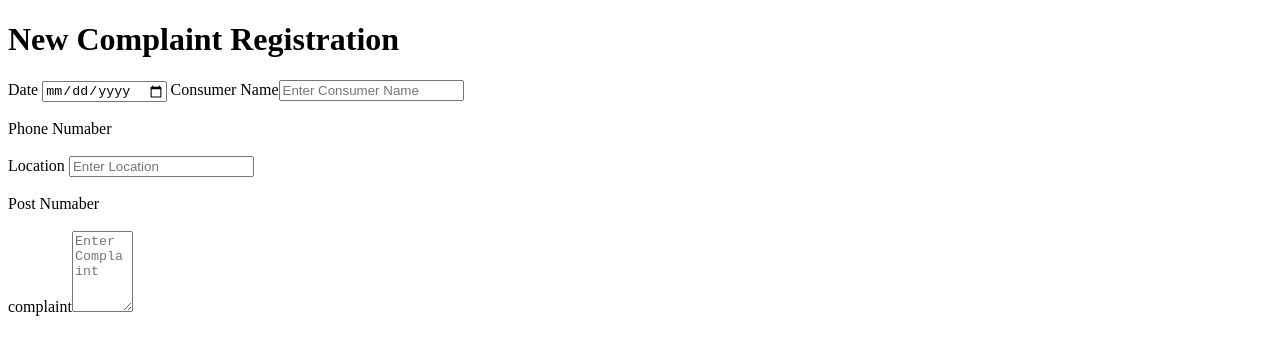
Repository: Jobinte/KSEB-PROJECT
Page: KSEB-complaint-management/WebContent/complaintRegistration.html
An editor plug-in stored every save of this project. The page is shown before and after the next save, followed by the edit.
The browser window is 1280 px wide. The pictures show the whole page.

Above is the page before, as saved 2023-11-22 03:01:15.
Not found: KSEB-complaint-management/WebContent/css/complaintReg.css

After the next save:
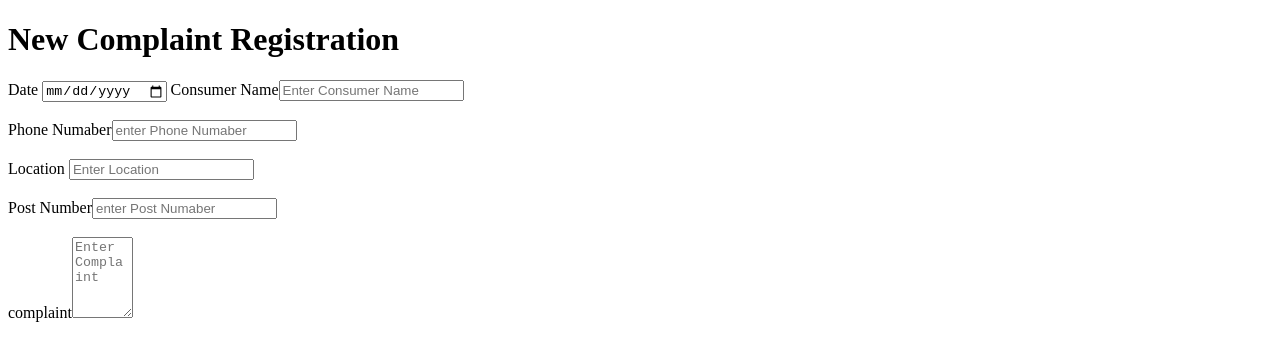
Saved 32 s later.
--- a/KSEB-complaint-management/WebContent/complaintRegistration.html
+++ b/KSEB-complaint-management/WebContent/complaintRegistration.html
@@ -16,9 +16,9 @@
 		<form action="#" name="complaintReg" id="complaintReg" method="post">
 			Date <input type="date" />
 			Consumer Name<input type="text" name="consumerName" placeholder="Enter Consumer Name" /> <br> <br>
-			Phone Numaber<inpu type="text" name="phone" placeholder="enter Phone Numaber " /> <br> <br>
+			Phone Numaber<input type="text" name="phone" placeholder="enter Phone Numaber " /> <br> <br>
 			Location <input type="text" name="location" placeholder="Enter Location " /> <br> <br>
-			Post Numaber<inpu type="text" name="post" placeholder="enter Post Numaber  " /> <br> <br>
+			Post Number<input type="text" name="post" placeholder="enter Post Numaber  " /> <br> <br>
 			complaint<textarea rows="5" cols="5" name="complaint" type="text" placeholder="Enter Complaint"></textarea>
 
 			</form>
